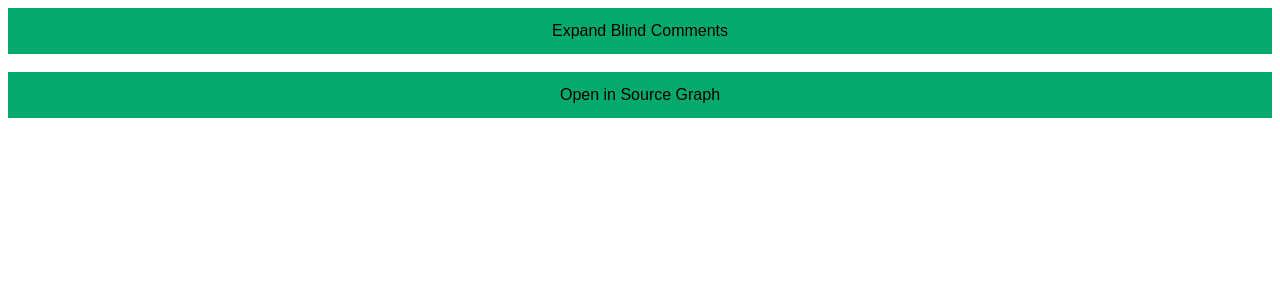
Repository: duckladydinh/customize
Page: popup.html
The author's editor kept a copy of each file at every save. The page is drawn from the files as they stood at one save, then again after the next save.
The browser window is 1280 px wide. The pictures show the whole page.

Above is the page before, as saved 2022-04-13 22:12:09.
Console error: TypeError: Cannot read properties of null (reading 'addEventListener')

After the next save:
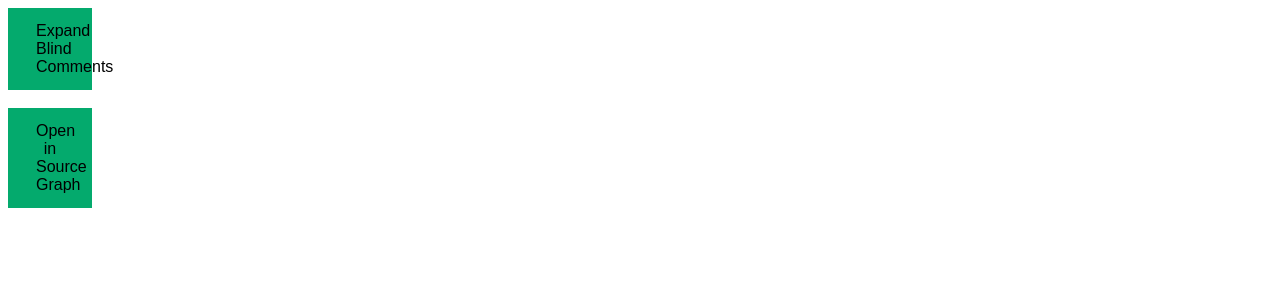
Saved 7 s later.
--- a/popup.css
+++ b/popup.css
@@ -1,5 +1,5 @@
 html {
-    wi
+    width: 100px;
 }
 .block {
     display: block;
